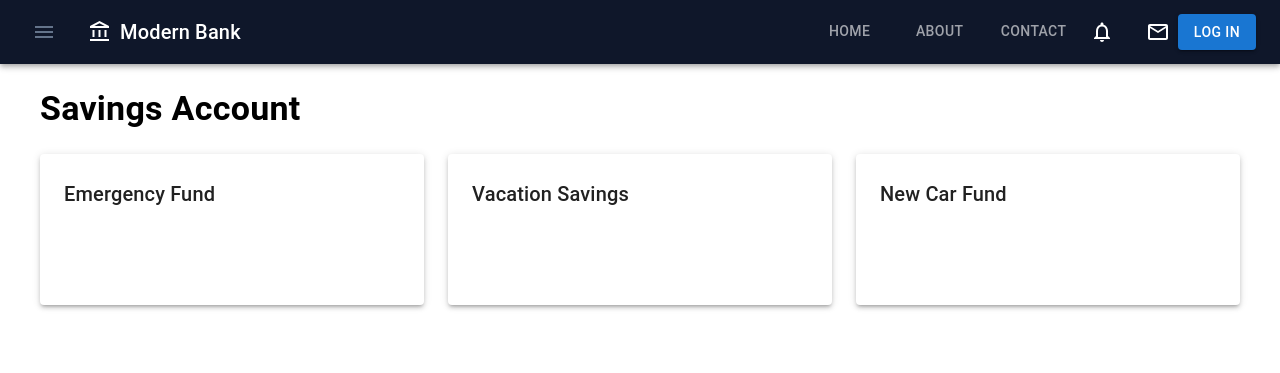
Repository: MohammadMazloum123/Moder-Bank-Full-Stack-Project
Page: /savings-account (app in Desktop/front-modernbank/front-modernbank/)
The author's editor kept a copy of each file at every save. The page is drawn from the files as they stood at one save, then again after a run of saves.
The browser window is 1280 px wide. The pictures show the whole page.
The project was rebuilt for these pictures with package versions that can differ from the ones it lists, and the page was loaded fresh each time. Also part of the build but not shown: Desktop/front-modernbank/front-modernbank/src/components/HomePage.jsx, Desktop/front-modernbank/front-modernbank/src/transactions/NewTransaction.tsx, Desktop/front-modernbank/front-modernbank/src/transactions/TransactionsHistory.tsx.

Above is the page before, as saved 2024-11-18 17:20:11.

### Desktop/front-modernbank/front-modernbank/public/index.html
<!DOCTYPE html>
<html lang="en">
  <head>

    <meta charset="utf-8" />
    <link rel="icon" href="%PUBLIC_URL%/favicon.ico" />
    <meta name="viewport" content="width=device-width, initial-scale=1" />
    <meta name="theme-color" content="#000000" />
    <meta
      name="description"
      content="Web site created using create-react-app"
    />
    <link rel="apple-touch-icon" href="%PUBLIC_URL%/logo192.png" />

    <link rel="manifest" href="%PUBLIC_URL%/manifest.json" />

    <title>Modern Bank App</title>
    <style>
      body{
        margin: 0;
        padding: 0;
        box-sizing: border-box;
      }
    </style>
  </head>
  <body>
    <noscript>You need to enable JavaScript to run this app.</noscript>
    <div id="root"></div>
  </body>
</html>

### Desktop/front-modernbank/front-modernbank/src/App.js
import React from "react";
import { Box} from "@mui/material";
import NavBar from "./components/NavBar";
import {BrowserRouter as Router} from "react-router-dom";
import AppRoutes from "./route/AppRoutes.tsx";


function App() {
  return (
    <Router>
      <Box>
        <NavBar/>
      </Box>
      <AppRoutes/>
    </Router>
  );
}

export default App;

### Desktop/front-modernbank/front-modernbank/src/components/NavBar.jsx
import { AppBar, Toolbar, Typography, Tabs, Tab, Button, Box } from '@mui/material'
import React, { useState } from 'react'
import DrawerComp from '../DrawerComp';
import NotificationsNoneOutlinedIcon from '@mui/icons-material/NotificationsNoneOutlined';
import EmailOutlinedIcon from '@mui/icons-material/EmailOutlined';
import { AccountBalanceOutlined } from '@mui/icons-material';
import { Link } from 'react-router-dom';

const NavBar = () => {
    const [value, setvalue] = useState();
return (
    <AppBar position='sticky' sx={{bgcolor:"#0f172a"}}>
        <Toolbar>

                <DrawerComp/>
                <Box display="flex" alignItems="center" flex={3} ml={3}>
                    <AccountBalanceOutlined fontSize='medium' sx={{ color: "white", mr: 1 }} />
                        <Typography variant='h6' color='inherit'>
                            Modern Bank
                        </Typography>
                </Box>
            <Box display="flex" flex={0.7} justifyContent="center">
                <Tabs
                textColor='inherit'
                indicatorColor='secondary'
                value={value}
                onChange={(e, value) => setvalue(value)}
                >
                        <Tab LinkComponent={Link} to="/" label="Home"/>
                        <Tab label="About"/>
                        <Tab label="Contact"/>
                </Tabs>
            </Box>
            <Box display="flex" flex={0.4} alignItems="center" justifyContent="center">
                <NotificationsNoneOutlinedIcon sx={{mr:4}}/>
                <EmailOutlinedIcon/>
            </Box>
            <Box display="flex" justifyContent="flex-end">
                <Button sx={{marginLeft:'auto'}} variant='contained'>Log In</Button>
            </Box>
        </Toolbar>
    </AppBar>
)
}

export default NavBar

### Desktop/front-modernbank/front-modernbank/src/route/AppRoutes.tsx
import React from 'react'
import {Routes, Route} from "react-router-dom";
import HomePage from '../components/HomePage';
import NewTransaction from '../transactions/NewTransaction.tsx';
import TransactionsHistory from '../transactions/TransactionsHistory.tsx';
import SavingsAccount from '../savings/SavingsAccount.tsx';

const AppRoutes = () => {
    return (
        <Routes>
            <Route path='/' element={<HomePage/>}/>
            <Route path='/new-transactions' element={<NewTransaction/>}/>
            <Route path='/transactions-history' element={<TransactionsHistory/>}/>
            <Route path='/savings-account' element={<SavingsAccount/>}/>
        </Routes>
    )
}

export default AppRoutes

### Desktop/front-modernbank/front-modernbank/src/DrawerComp.jsx
import React, {useState} from 'react'
import MenuIcon from '@mui/icons-material/Menu';
import {
    Drawer,
    IconButton,
    List,
    ListItemButton,
    ListItemIcon,
    ListItemText,
    Typography,
    Collapse,
    Divider,
    Box,
    Switch
    } from '@mui/material';

import {
    ExpandLess,
    ExpandMore,
    AddOutlined,
    SavingsOutlined,
    HistoryOutlined,
    CreditCardOutlined,
    TrendingUpOutlined,
    AccountBalanceOutlined,
    PercentOutlined,
    AttachMoneyOutlined,
    ShowChartOutlined,
    LogoutOutlined,
} from "@mui/icons-material";
import { Link } from 'react-router-dom';


const DrawerComp = () => {
    const [OpenDrawer, setOpenDrawer] = useState(false);
      // Dropdown states
        const [transactionsOpen, setTransactionsOpen] = useState(false);
        const [savingsOpen, setSavingsOpen] = useState(false);
        const [expenseTracker, setExpenseTracker] = useState(false);

return (
    <>
        <Drawer
        open={OpenDrawer}
        onClose={() => setOpenDrawer(false)}
        sx={{padding: "16px"}}
        >
        <Typography
            variant="h6"
            sx={{
            padding: 2,
            textAlign: "center",
            bgcolor: "#0f172a",
            color: "white",
        }}
        >
            Modern Bank
        </Typography>
        <Divider/>

            <List sx={{p: 2 ,width:"340px"}}>
                {/* Account Transactions Dropdown */}
                <ListItemButton onClick={() => setTransactionsOpen(!transactionsOpen)}>
                    <ListItemIcon>
                        <CreditCardOutlined/>
                    </ListItemIcon>
                    <ListItemText primary="Transactions"/>
                    {transactionsOpen ? <ExpandLess/> : <ExpandMore/>}
                </ListItemButton>
                <Collapse in={transactionsOpen} timeout="auto" unmountOnExit>
                    <List component="div" disablePadding sx={{pl : 2}}>
                        <ListItemButton component={Link} to="/new-transactions">
                            <ListItemIcon>
                                <AddOutlined fontSize='small'/>
                            </ListItemIcon>
                        <ListItemText primary="New Transactions"/>
                        </ListItemButton>
                        <ListItemButton component={Link} to="/transactions-history">
                            <ListItemIcon>
                                <HistoryOutlined fontSize='small'/>
                            </ListItemIcon>
                        <ListItemText primary="Transactions History"/>
                        </ListItemButton>
                    </List>
                </Collapse>
                <Divider/>
                {/* Savings Dropdown */}
                <ListItemButton onClick={() => setSavingsOpen(!savingsOpen)}>
                    <ListItemIcon>
                        <SavingsOutlined fontSize='small'/>
                    </ListItemIcon>
                    <ListItemText primary="Savings"/>
                    {savingsOpen ? <ExpandLess/> : <ExpandMore/>}
                </ListItemButton>
                <Collapse in={savingsOpen} timeout="auto" unmountOnExit>
                    <List component="div" disablePadding sx={{pl : 2}}>
                        <ListItemButton component={Link} to="/savings-account">
                            <ListItemIcon>
                                <AccountBalanceOutlined fontSize='small'/>
                            </ListItemIcon>
                            <ListItemText primary="Savings Account"/>
                        </ListItemButton>
                        <ListItemButton>
                            <ListItemIcon>
                                <TrendingUpOutlined fontSize='small'/>
                            </ListItemIcon>
                            <ListItemText primary="Savings Goals"/>
                        </ListItemButton>
                        <ListItemButton>
                            <ListItemIcon>
                                <PercentOutlined fontSize='small'/>
                            </ListItemIcon>
                            <ListItemText primary="Interest Rate"/>
                        </ListItemButton>
                    </List>
                </Collapse>
                <Divider/>
            <ListItemButton onClick={() => setExpenseTracker(!expenseTracker)}>
                <ListItemIcon>
                    <AttachMoneyOutlined fontSize='small'/>
                </ListItemIcon>
                    <ListItemText primary="Expense Tracker" />
                    {transactionsOpen ? <ExpandLess/> : <ExpandMore/>}
            </ListItemButton>
            <Collapse in={expenseTracker} timeout="auto" unmountOnExit>
                <List component="div" disablePadding sx={{pl : 2}}>
                    <ListItemButton>
                        <ListItemIcon>
                            <ShowChartOutlined fontSize='small'/>
                        </ListItemIcon>
                        <ListItemText primary="Track Expenses"/>
                    </ListItemButton>
                </List>
            </Collapse>
              {/* Dark Mode Switch */}
        <Box display="flex" alignItems="center" mt={2}>
            <Typography variant="body1" sx={{ flexGrow: 1 }}>
                Dark Mode
            </Typography>
            <Switch
                inputProps={{ 'aria-label': 'Dark Mode Switch' }}
            />

            <ListItemButton>
                        <ListItemText primary="Log Out"/>
                        <ListItemIcon>
                            <LogoutOutlined/>
                        </ListItemIcon>
                    </ListItemButton>
        </Box>
            </List>
        </Drawer>
        {/* Drawer Toggle Button */}
        <IconButton onClick={() => setOpenDrawer(!OpenDrawer)}>
            <MenuIcon sx={{color:"#64748b"}}/>
        </IconButton>
    </>
)
}

export default DrawerComp

### Desktop/front-modernbank/front-modernbank/src/savings/SavingsAccount.tsx
import React, { useState } from 'react';
import {
    Typography,
    Box,
    Paper,
    Grid,
    Button,
    Table,
    TableBody,
    TableCell,
    TableContainer,
    TableHead,
    TableRow,
    LinearProgress,
    Chip,
    Dialog,
    DialogTitle,
    DialogContent,
    DialogActions,
    TextField,
} from '@mui/material';

// Mock data for demonstration
const mockSavingsAccounts = [
    { id: 1, name: 'Emergency Fund', balance: 5000, goal: 10000, interestRate: 1.5, lastTransaction: '2023-05-15' },
    { id: 2, name: 'Vacation Savings', balance: 2500, goal: 5000, interestRate: 2.0, lastTransaction: '2023-05-10' },
    { id: 3, name: 'New Car Fund', balance: 7500, goal: 15000, interestRate: 1.8, lastTransaction: '2023-05-20' },
];

const SavingsAccount = () => {
    const [openDialog, setOpenDialog] = useState(false);
    const [accounts, setAccounts] = useState(mockSavingsAccounts);
    const [newAccount, setNewAccount] = useState({name:'', goal:''})

    const handleOpenDialog = () => setOpenDialog(true);
    const handleCloseDialog = () => setOpenDialog(false);

    const handleAccount = () => {
        if(newAccount.name && newAccount.goal){
            const newAccountData = {
                id: accounts.length + 1,
                name: newAccount.name,
                balance: 0 ,
                goal: parseFloat(newAccount.name),
                interestRate : 1.5,
                lastTransaction: new Date().toISOString().split('T')[0],
            };
            setAccounts([...accounts, newAccountData]);
            setNewAccount({name:'', goal:''});
            handleCloseDialog();
        }
    };
return (
    <Box sx={{maxWidth:1200, mx:'auto', p:3}}>
        <Typography component="h1" variant='h4' gutterBottom sx={{fontWeight:'bold', mb:3}}>
            Savings Account
        </Typography>
        <Grid container spacing={3} sx={{mb:3}}>
            {accounts.map((account) =>(
                <Grid item xs={12} md={4} key={account.id}>
                    <Paper elevation={3} sx={{display:'flex', height:'100%', flexDirection:'column', p: 3}}>
                        <Typography variant='h6' gutterBottom>{account.name}</Typography>
                        <Box sx={{display:'flex', justifyContent:'space-between', mb:2}}>
                            <Typography></Typography>
                        </Box>
                    </Paper>
                </Grid>
            ))}

        </Grid>
    </Box>
)
}

export default SavingsAccount

Loaded but not shown: Desktop/front-modernbank/front-modernbank/src/index.js (common file); Desktop/front-modernbank/front-modernbank/src/reportWebVitals.js (common file)

After the next 2 saves:
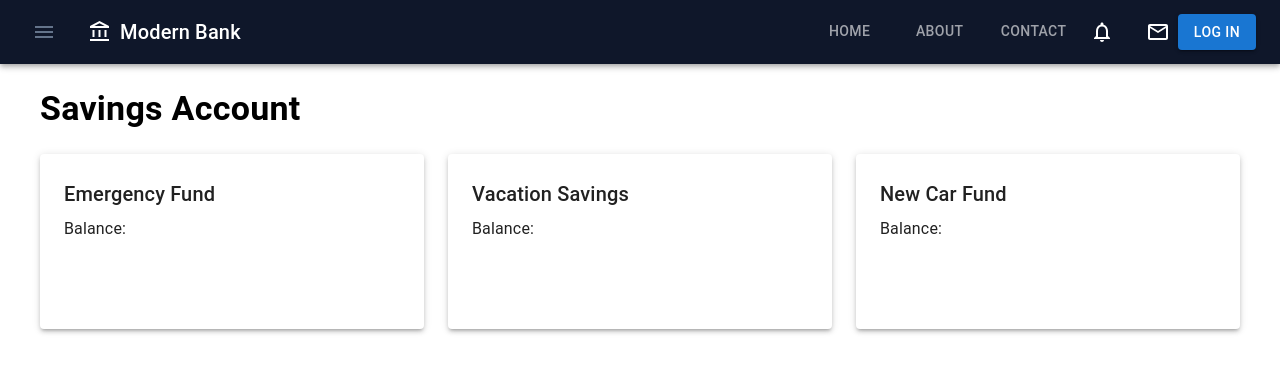
The 2 saves are shown as one change because they came seconds apart.
The last was saved 8 s later.
--- a/Desktop/front-modernbank/front-modernbank/src/savings/SavingsAccount.tsx
+++ b/Desktop/front-modernbank/front-modernbank/src/savings/SavingsAccount.tsx
@@ -61,7 +61,7 @@ return (
                     <Paper elevation={3} sx={{display:'flex', height:'100%', flexDirection:'column', p: 3}}>
                         <Typography variant='h6' gutterBottom>{account.name}</Typography>
                         <Box sx={{display:'flex', justifyContent:'space-between', mb:2}}>
-                            <Typography></Typography>
+                            <Typography>Balance:</Typography>
                         </Box>
                     </Paper>
                 </Grid>
